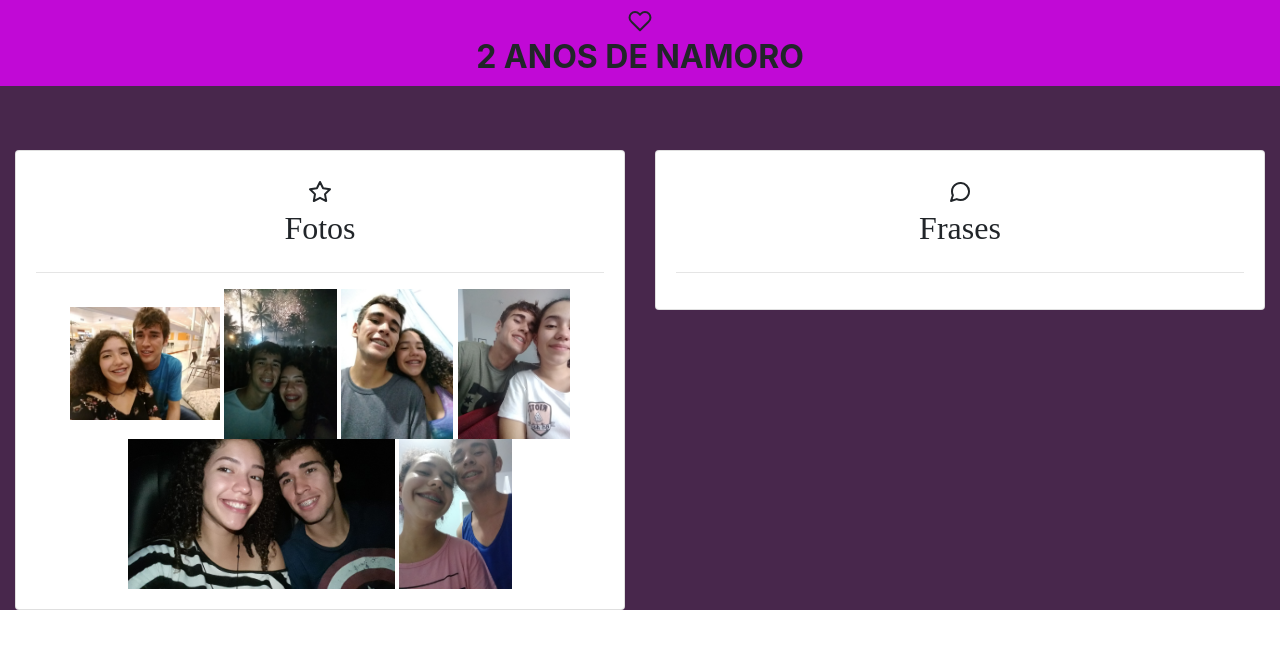
Repository: MeuAmor/meuamor.github.io
Page: index.html
These files come from the project's save history. The page is drawn as it stood at one moment and after the next save; the edit follows.
The browser window is 1280 px wide. The pictures show the whole page.

Above is the page before, as saved 2019-08-20 23:06:38.

### index.html
<!DOCTYPE html>
<html lang="pt">
<head>
  <title>2 ANOS</title>
  <meta charset="utf-8">
  <meta name="viewport" content="width=device-width, initial-scale=1">
  <link rel="stylesheet" href="assets/css/bootstrap4.1/bootstrap.min.css">
  <script src="assets/js/jquery.3.3.1.min.js"></script>
  <script src="assets/js/bootstrap4.1/popper.min.js"></script>
	<script src="assets/js/bootstrap4.1/bootstrap.min.js"></script>
	<!-- <style>
			hr {
				margin-top: 1rem;
				margin-bottom: 1rem;
				border: 5;
				border-top: 1px solid rgba(0, 0, 0, 0.1);
			}
		</style> -->
</head>
<body class="container-fluid">


	<div class="row" style="background:#c109d6">
		<div class="col-md-12 text-left">
			<h2>
                <!-- <svg xmlns="http://www.w3.org/2000/svg" width="24" height="24" viewBox="0 0 24 24" fill="none" stroke="currentColor"
                        stroke-width="2" stroke-linecap="round" stroke-linejoin="round" class="feather feather-heart">
                    <path d="M20.84 4.61a5.5 5.5 0 0 0-7.78 0L12 5.67l-1.06-1.06a5.5 5.5 0 0 0-7.78 7.78l1.06 1.06L12 21.23l7.78-7.78 1.06-1.06a5.5 5.5 0 0 0 0-7.78z"/>
                </svg> -->
                <div class="text-center">

                    <svg xmlns="http://www.w3.org/2000/svg" width="24" height="24" viewBox="0 0 24 24" fill="none" stroke="currentColor"
                            stroke-width="2" stroke-linecap="round" stroke-linejoin="round" class="feather feather-heart">
                        <path d="M20.84 4.61a5.5 5.5 0 0 0-7.78 0L12 5.67l-1.06-1.06a5.5 5.5 0 0 0-7.78 7.78l1.06 1.06L12 21.23l7.78-7.78 1.06-1.06a5.5 5.5 0 0 0 0-7.78z"/>
                    </svg>
                </div>
                <div class="text-center" >

                    <b>2 ANOS DE NAMORO </b>
                </div>
            </h2>
		</div>
		<div class="col-md-6 " id="redes_sociais">
			<!-- <a style="margin:10px;" class="btn btn-info btn-xs float-right" href="http://www.linkedin.com/in/leonardo-bernardes-da-silva-a8869b132">
				<svg xmlns="http://www.w3.org/2000/svg" width="24" height="24" viewBox="0 0 24 24" fill="none" stroke="currentColor" stroke-width="2" stroke-linecap="round" stroke-linejoin="round" class="feather feather-linkedin">
					<path d="M16 8a6 6 0 0 1 6 6v7h-4v-7a2 2 0 0 0-2-2 2 2 0 0 0-2 2v7h-4v-7a6 6 0 0 1 6-6z"></path><rect x="2" y="9" width="4" height="12"></rect>
					<circle cx="4" cy="4" r="2"></circle></svg>	LinkedIn</a>
				<a style="margin:10px;" class="btn btn-primary btn-xs float-right" href="http://www.facebook.com/lezinho.bernardes">
					<svg xmlns="http://www.w3.org/2000/svg" width="24" height="24" viewBox="0 0 24 24" fill="none" stroke="currentColor" stroke-width="2" stroke-linecap="round" stroke-linejoin="round" class="feather feather-facebook">
						<path d="M18 2h-3a5 5 0 0 0-5 5v3H7v4h3v8h4v-8h3l1-4h-4V7a1 1 0 0 1 1-1h3z"></path>
					</svg>
					LinkedIn
				</a>  -->
		</div>


</div>
<div class="row" style="background:#48274c;min-height: 500px;">

	<!-- <hr> -->
	<!-- <p style="margin: 10px;">
		<a class="btn btn-dark" data-toggle="collapse" href="#multiCollapseExample1" role="button" aria-expanded="false" aria-controls="multiCollapseExample1">Toggle first element</a>
		<button class="btn btn-dark" type="button" data-toggle="collapse" data-target="#multiCollapseExample2" aria-expanded="false" aria-controls="multiCollapseExample2">Toggle second element</button>
		<button class="btn btn-dark" type="button" data-toggle="collapse" data-target=".multi-collapse" aria-expanded="false" aria-controls="multiCollapseExample1 multiCollapseExample2">Toggle both elements</button> -->
	<!-- </p> -->


	<div class="col-md-6" style="margin-top: 5%;">
		<div class="card card-body">
            <h2>
                <div class="text-center">

                    <svg xmlns="http://www.w3.org/2000/svg" width="24" height="24" viewBox="0 0 24 24"
                        fill="none" stroke="currentColor" stroke-width="2" stroke-linecap="round" stroke-linejoin="round"
                        class="feather feather-star">
                        <polygon points="12 2 15.09 8.26 22 9.27 17 14.14 18.18 21.02 12 17.77 5.82 21.02 7 14.14 2 9.27 8.91 8.26 12 2"/>
                    </svg>
                </div>
                <div class="text-center" style="font-family: 'Times New Roman', Times, serif">

                    Fotos
                </div>
            </h2>
            <hr>
            <div>

                <!-- <svg xmlns="http://www.w3.org/2000/svg" width="24" height="24" viewBox="0 0 24 24">
                    <path d="M8.59 16.59L13.17 12 8.59 7.41 10 6l6 6-6 6-1.41-1.41z"/>
                    <path fill="none" d="M0 0h24v24H0V0z"/>
                </svg>
                Primeira foto juntos<br> -->
                <div class="text-center">
                    <img src="imagens/primeira_foto.jpg" alt="Primeira Foto" width="150px;">
                    <img src="imagens/segunda_foto.jpg" alt="Segunda Foto" height="150px;">
                    <img src="imagens/terceira_foto.jpg" alt="Terceira Foto" height="150px;">
                    <img src="imagens/quarta_foto.jpg" alt="Quarta Foto" height="150px;">
                    <img src="imagens/2.jpg" alt="" height="150px;">
                    <img src="imagens/3.jpg" alt="" height="150px;">
                </div>
                <!-- <br>
                <svg xmlns="http://www.w3.org/2000/svg" width="24" height="24" viewBox="0 0 24 24">
                    <path d="M8.59 16.59L13.17 12 8.59 7.41 10 6l6 6-6 6-1.41-1.41z"/>
                    <path fill="none" d="M0 0h24v24H0V0z"/>
                </svg>
                1º Dia dos Namorados<br>
                <div class="text-center">


                </div>
                <br>


                <svg xmlns="http://www.w3.org/2000/svg" width="24" height="24" viewBox="0 0 24 24">
                    <path d="M8.59 16.59L13.17 12 8.59 7.41 10 6l6 6-6 6-1.41-1.41z"/>
                    <path fill="none" d="M0 0h24v24H0V0z"/>
                </svg> 2º Dia dos Namorados -->

            </div>
		</div>
	</div>
	<div class="col-md-6" style="margin-top: 5%;">
		<div class="card card-body">
            <h2 style="text-align:center;">
                <div class="text-center">

                    <svg xmlns="http://www.w3.org/2000/svg" width="24" height="24" viewBox="0 0 24 24" fill="none" stroke="currentColor" stroke-width="2" stroke-linecap="round" stroke-linejoin="round" class="feather feather-message-circle">
                    <path d="M21 11.5a8.38 8.38 0 0 1-.9 3.8 8.5 8.5 0 0 1-7.6 4.7 8.38 8.38 0 0 1-3.8-.9L3 21l1.9-5.7a8.38 8.38 0 0 1-.9-3.8 8.5 8.5 0 0 1 4.7-7.6 8.38 8.38 0 0 1 3.8-.9h.5a8.48 8.48 0 0 1 8 8v.5z"/></svg>
                </div>
                <div class="text-center" style="font-family: 'Times New Roman', Times, serif">
                    Frases
                </div>
            </h2>
			<hr>
            <div class="row">


            </div>
        </div>

	</div>

</div>
</body>
</html>

Loaded but not shown: assets/css/bootstrap4.1/bootstrap.min.css (library); assets/js/jquery.3.3.1.min.js (library); assets/js/bootstrap4.1/popper.min.js (library); assets/js/bootstrap4.1/bootstrap.min.js (library)

After the next save:
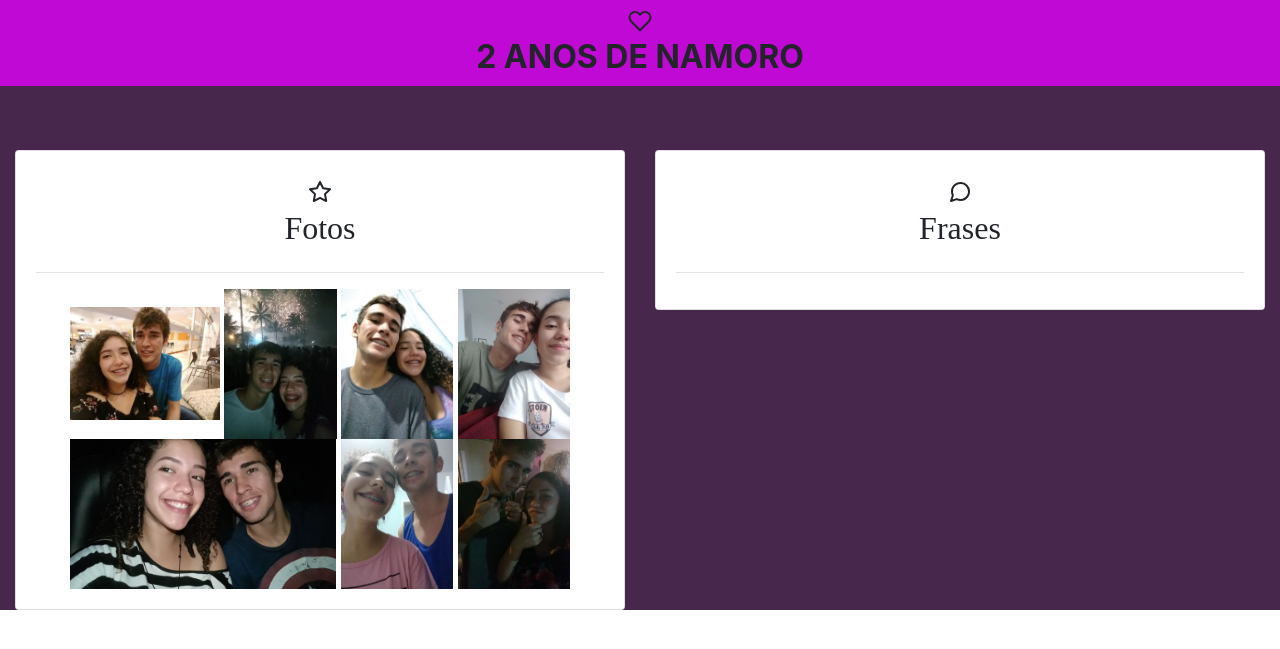
Saved 17 s later.
--- a/index.html
+++ b/index.html
@@ -96,6 +96,7 @@
                     <img src="imagens/quarta_foto.jpg" alt="Quarta Foto" height="150px;">
                     <img src="imagens/2.jpg" alt="" height="150px;">
                     <img src="imagens/3.jpg" alt="" height="150px;">
+                    <img src="imagens/4.jpg" alt="" height="150px;">
                 </div>
                 <!-- <br>
                 <svg xmlns="http://www.w3.org/2000/svg" width="24" height="24" viewBox="0 0 24 24">
